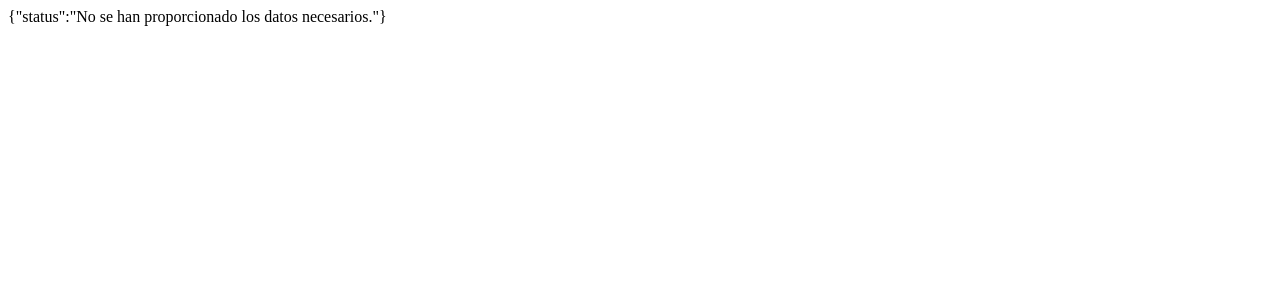
Repository: jcsalinas20/server
Page: http://localhost/insert.php
The author's editor kept a copy of each file at every save. The page is drawn from the files as they stood at one save, then again after the next save.
The browser window is 1280 px wide. The pictures show the whole page.
The page is run by PHP 8.4 with error messages shown; the project is at /var/www/html/.

Above is the page before, as saved 2021-03-04 00:42:42.

### insert.php
<?php

$array = ['1234' => ["name" => "Carlos", "surname" => "Salinas", "age" => "20", "dni" => "112222"]];
if (isset($_POST['name']) && isset($_POST['surname']) && isset($_POST['dni']) && isset($_POST['age'])) {
    $array[$_POST['dni']] = [];
    $array[$_POST['dni']]['name'] = $_POST['name'];
    $array[$_POST['dni']]['surname'] = $_POST['surname'];
    $array[$_POST['dni']]['age'] = $_POST['age'];
    $array[$_POST['dni']]['dni'] = $_POST['dni'];
    echo json_encode(['status' => true]);
} else echo json_encode(['status' => "No se han proporcionado los datos necesarios."]);

After the next save:
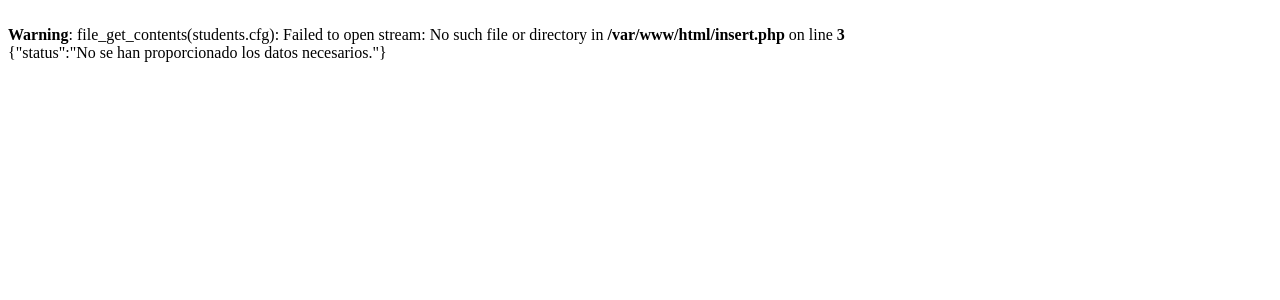
Saved 5 s later.
--- a/insert.php
+++ b/insert.php
@@ -1,6 +1,7 @@
 <?php
 
-$array = ['1234' => ["name" => "Carlos", "surname" => "Salinas", "age" => "20", "dni" => "112222"]];
+$array = json_decode(file_get_contents("students.cfg"), true);
+
 if (isset($_POST['name']) && isset($_POST['surname']) && isset($_POST['dni']) && isset($_POST['age'])) {
     $array[$_POST['dni']] = [];
     $array[$_POST['dni']]['name'] = $_POST['name'];
